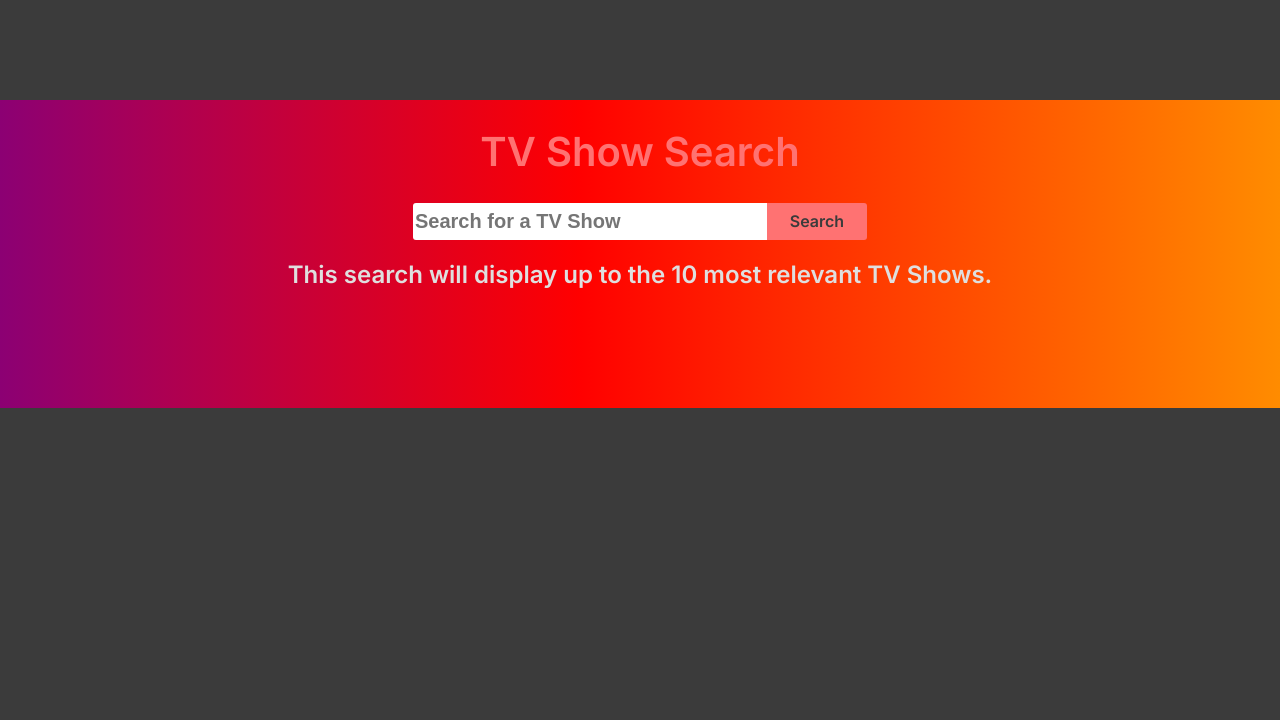
Repository: shayanabedi98/tv-search-react
Page: /
An editor plug-in stored every save of this project. The page is shown before and after the next save, followed by the edit.
The browser window is 1280 px wide. The pictures show the whole page.
The project was rebuilt for these pictures with package versions that can differ from the ones it lists, and the page was loaded fresh each time. Also part of the build but not shown: vite.config.js.

Above is the page before, as saved 2024-01-09 15:27:41.

### index.html
<!doctype html>
<html lang="en">
  <head>
    <meta charset="UTF-8" />
    <link rel="icon" type="image/svg+xml" href="https://www.svgrepo.com/show/503669/tv.svg" />
    <meta name="viewport" content="width=device-width, initial-scale=1.0" />
    <title>TV Show Search | React</title>
  </head>
  <body>
    <div id="root"></div>
    <script type="module" src="/src/main.jsx"></script>
  </body>
</html>

### src/App.jsx
import { useState } from "react";
import { v4 as uuid } from "uuid";
import List from "./List";
import Search from "./Search";

function App() {
  const [input, setInput] = useState();
  const [showList, setShowList] = useState([]);

  const fetchShow = async () => {
    try {
      if (input) {
        const response = await fetch(
          `https://api.tvmaze.com/search/shows?q=${input}`
        );
        const responseJson = await response.json();
        let newList = [];
        for (let i = 0; i < responseJson.length; i++) {
          if (responseJson[i].show.image) {
            newList.push({
              id: uuid(),
              name: responseJson[i].show.name,
              img: responseJson[i].show.image.medium,
              genres: responseJson[i].show.genres.join(', '),
              language: responseJson[i].show.language,
              rating: responseJson[i].show.rating.average,
            });
          }
        }
        setShowList(newList);
        console.log(responseJson);
      }
    } catch (err) {
      return err;
    }
  };

  const handleChange = (e) => {
    setInput(e.target.value);
  };

  return (
    <div className="bg">
      <Search fetchShow={fetchShow} input={input} handleChange={handleChange} />
      <List showList={showList} />
    </div>
  );
}

export default App;

### src/index.css
@import url('https://fonts.googleapis.com/css2?family=Inter:wght@600&display=swap');

body {
  font-family: 'Inter', sans-serif;
  margin: 0;
  padding: 0;
  background-color: rgb(59, 59, 59);
  color: rgb(223, 223, 223);
}

@keyframes move-bg {
  0% { background-position: 0% 50%;}
  100% { background-position: 100% 50%;}
}

.bg {
  width: 100%;
  background: linear-gradient(to right, blue, red, yellow);
  background-size: 200% 200%;
  animation: move-bg 10s linear infinite;
}

.search {
  margin: 100px auto 100px auto;
  text-align: center;
  width: 950px;
  display: grid;
  place-items: center;
}

.search-bar {
  display: flex;
  place-items: center;
}

.search h1 {
  font-size: 40px;
  color: rgb(255, 114, 114);
}

.search input {
  border: none;
  height: 35px;
  width: 350px;
  font-size: 20px;
  outline: none;
  color: rgb(104, 104, 104);
  font-weight: 700;
  border-radius: 3px 0 0 3px;
}

.search input:focus {
  outline: 2px grey solid;
}

.search input:focus + button {
  outline: 2px grey solid;
}

.search button {
  height: 37px;
  padding: 1px 2px;
  width: 100px;
  font-family: 'Inter', sans-serif;
  border: none;
  background-color: rgb(255, 114, 114);
  color: rgb(59, 59, 59);;
  font-size: 16px;
  border-radius: 0 3px 3px 0;
  cursor: pointer;
}

.list {
  width: 1100px;
  margin: 100px auto;
  display: grid;
  place-items: center;
  grid-template-columns: repeat(3, 1fr);
}

.card {
  background-color: rgb(29, 29, 29);
  text-align: center;
  width: 290px;
  height: 500px;
  padding: 20px;
  display: grid;
  place-items: center;
  margin: 50px auto;
  border-radius: 5px;
  box-shadow: rgba(0, 0, 0, 0.3) 0px 2px 8px 0px;
  cursor: pointer;
  transition: 0.5s;
}

.card:hover {
  transform: scale(1.05);
}

@media (max-width: 1150px) {

  .search {
    width: 100%;
  }

  .list {
    grid-template-columns: 1fr 1fr;
    width: 100%;
  }
}

@media (max-width: 700px) {

  .search h2 {
    width: 90%;
  }

  .list {
    grid-template-columns: 1fr;
  }
}

@media (max-width: 500px) {

  .search input {
    height: 28px;
    width: 90%;
  }
  .search button {
    height: 30px;
    width: 100px;
  }
}

@media (max-width: 400px) {
  .card {
    width: 250px;
    height: 440px;
  }

  .card img {
    width: 70%;
  }
}

### src/List.jsx
import React from "react";

const List = ({ showList }) => {
  return (
    <div className="list-container">
      <div className="list">
        {showList.length > 0 &&
          showList.map((show) => {
            return (
              <div className="card" key={show.id}>
                <h2>{show.name}</h2>
                <img src={show.img} alt={`cover photo of ${show.name}`} />
                <p>
                  <span>Language: </span>
                  {show.language}
                </p>
                  {show.genres}
                <p>
                  {show.rating ? `Rating: ${show.rating}⭐` : "Rating: N/A"}
                </p>
              </div>
            );
          })}
      </div>
    </div>
  );
};

export default List;

### src/Search.jsx
import React from "react";

const Search = ({ fetchShow, input, handleChange }) => {
  return (
    <div className="search">
        <h1>TV Show Search</h1>
      <div className="search-bar">
        <input
          type="text"
          onKeyDown={(e) => e.key === "Enter" && fetchShow()}
          onChange={handleChange}
          value={input}
          placeholder="Search for a TV Show"
        />
        <button onClick={fetchShow}>Search</button>
      </div>
      <h2>This search will display up to the 10 most relevant TV Shows.</h2>
    </div>
  );
};

export default Search;

Loaded but not shown: src/main.jsx (common file)

After the next save:
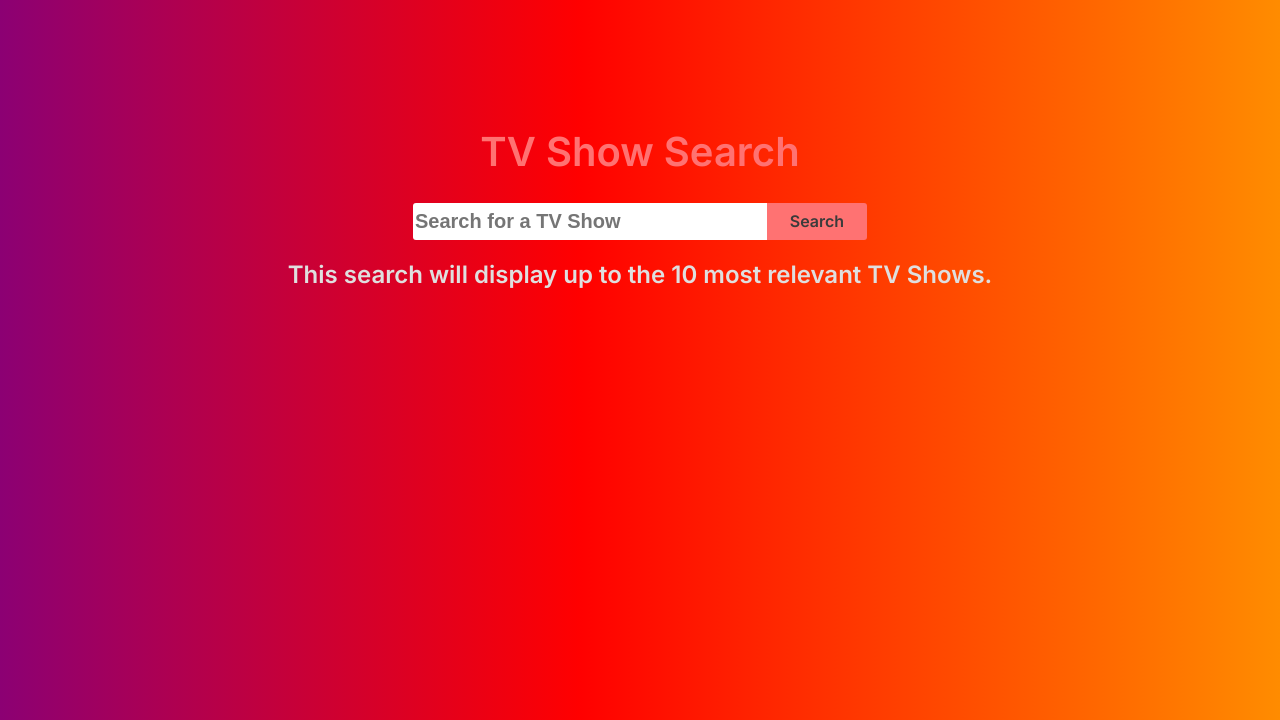
Saved 18 s later.
--- a/src/index.css
+++ b/src/index.css
@@ -6,6 +6,10 @@ body {
   padding: 0;
   background-color: rgb(59, 59, 59);
   color: rgb(223, 223, 223);
+  width: 100%;
+  background: linear-gradient(to right, blue, red, yellow);
+  background-size: 200% 200%;
+  animation: move-bg 10s linear infinite;
 }
 
 @keyframes move-bg {
@@ -14,10 +18,7 @@ body {
 }
 
 .bg {
-  width: 100%;
-  background: linear-gradient(to right, blue, red, yellow);
-  background-size: 200% 200%;
-  animation: move-bg 10s linear infinite;
+
 }
 
 .search {
